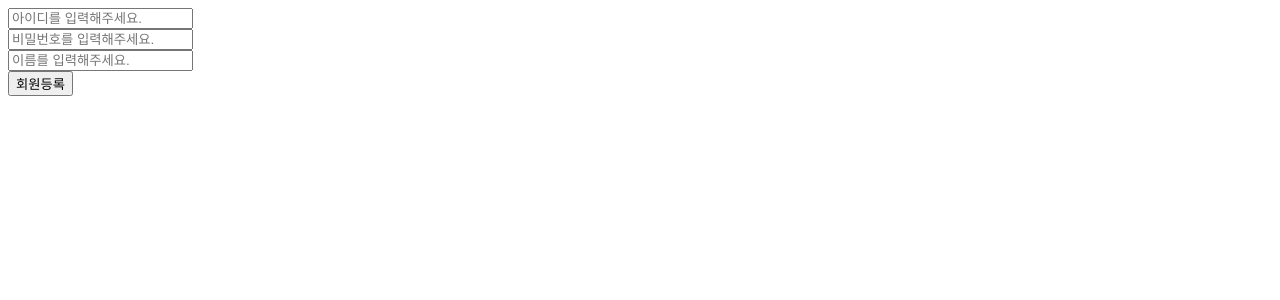
Repository: Luho0113/SpringBootStudy
Page: http://localhost/web/user-insert.jsp
These files come from the project's save history. The page is drawn as it stood at one moment and after the next save; the edit follows.
The browser window is 1280 px wide. The pictures show the whole page.
The page is served by Tomcat 9.

Above is the page before, as saved 2023-05-04 02:57:25.

After the next save:
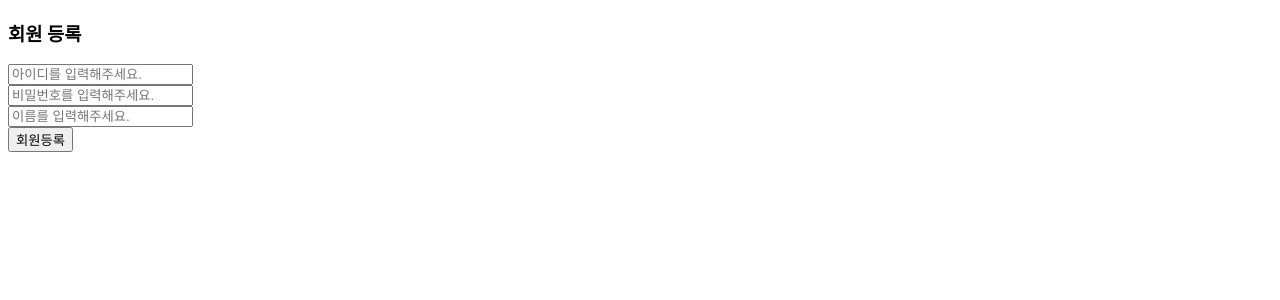
Saved 24 s later.
--- a/web/src/main/webapp/user-insert.jsp
+++ b/web/src/main/webapp/user-insert.jsp
@@ -7,7 +7,7 @@
 <title>회원 등록</title>
 </head>
 <body>
-
+<h3>회원 등록</h3>
 <form action="/user-insert-ok.jsp" method="POST">
 	<!-- name속성은 key값(서버로 보내는), id속성은 자바스크립트에서 사용하기 위함 -->
 	<input type="text" name="uiId" placeholder="아이디를 입력해주세요." /> <br>
